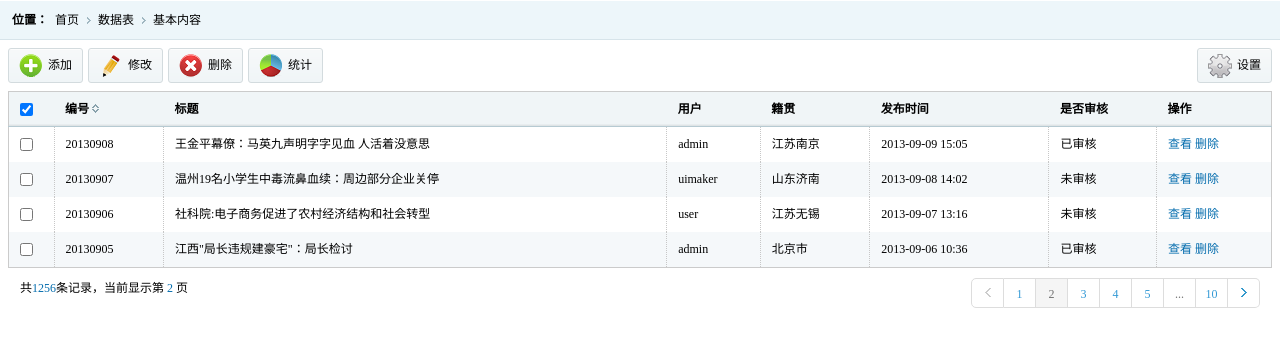
Repository: kyrieqing1/logistics
Page: http://localhost/logistics-manager-web/WEB-INF/jsp/role/role.jsp
An editor plug-in stored every save of this project. The page is shown before and after the next save, followed by the edit.
The browser window is 1280 px wide. The pictures show the whole page.
The page is served by Tomcat 9. Nobody is signed in. Other server files are loaded and not shown. The template is opened directly, without the code that normally fills it, so the values that code supplies are empty.

Above is the page before, as saved 2019-06-21 11:07:32.

### logistics-parent/logistics-manager/logistics-manager-web/src/main/webapp/WEB-INF/jsp/role/role.jsp
<%@ page language="java" contentType="text/html; charset=UTF-8"
    pageEncoding="UTF-8"%>
<%@ taglib uri="http://java.sun.com/jsp/jstl/core" prefix="c"%>
<!DOCTYPE html PUBLIC "-//W3C//DTD HTML 4.01 Transitional//EN" "http://www.w3.org/TR/html4/loose.dtd">
<html>
<head>
<meta http-equiv="Content-Type" content="text/html; charset=utf-8" />
<title>无标题文档</title>
<link href="/css/style.css" rel="stylesheet" type="text/css" />
<script type="text/javascript" src="/js/jquery.js"></script>

<script type="text/javascript">
$(document).ready(function(){
  $(".click").click(function(){
  $(".tip").fadeIn(200);
  });

  $(".tiptop a").click(function(){
  $(".tip").fadeOut(200);
});

  $(".sure").click(function(){
  $(".tip").fadeOut(100);
});

  $(".cancel").click(function(){
  $(".tip").fadeOut(100);
});

});
</script>


</head>


<body>

	<div class="place">
    <span>位置：</span>
    <ul class="placeul">
    <li><a href="#">首页</a></li>
    <li><a href="#">数据表</a></li>
    <li><a href="#">基本内容</a></li>
    </ul>
    </div>

    <div class="rightinfo">

    <div class="tools">

    	<ul class="toolbar">
        <li class="click"><span><img src="/images/t01.png" /></span>添加</li>
        <li class="click"><span><img src="/images/t02.png" /></span>修改</li>
        <li><span><img src="/images/t03.png" /></span>删除</li>
        <li><span><img src="/images/t04.png" /></span>统计</li>
        </ul>


        <ul class="toolbar1">
        <li><span><img src="/images/t05.png" /></span>设置</li>
        </ul>

    </div>


    <table class="tablelist">
    	<thead>
    	<tr>
        <th><input name="" type="checkbox" value="" checked="checked"/></th>
        <th>编号<i class="sort"><img src="/images/px.gif" /></i></th>
        <th>标题</th>
        <th>用户</th>
        <th>籍贯</th>
        <th>发布时间</th>
        <th>是否审核</th>
        <th>操作</th>
        </tr>
        </thead>
        <tbody>
        <tr>
        <td><input name="" type="checkbox" value="" /></td>
        <td>20130908</td>
        <td>王金平幕僚：马英九声明字字见血 人活着没意思</td>
        <td>admin</td>
        <td>江苏南京</td>
        <td>2013-09-09 15:05</td>
        <td>已审核</td>
        <td><a href="#" class="tablelink">查看</a>     <a href="#" class="tablelink"> 删除</a></td>
        </tr>

        <tr>
        <td><input name="" type="checkbox" value="" /></td>
        <td>20130907</td>
        <td>温州19名小学生中毒流鼻血续：周边部分企业关停</td>
        <td>uimaker</td>
        <td>山东济南</td>
        <td>2013-09-08 14:02</td>
        <td>未审核</td>
        <td><a href="#" class="tablelink">查看</a>     <a href="#" class="tablelink">删除</a></td>
        </tr>

        <tr>
        <td><input name="" type="checkbox" value="" /></td>
        <td>20130906</td>
        <td>社科院:电子商务促进了农村经济结构和社会转型</td>
        <td>user</td>
        <td>江苏无锡</td>
        <td>2013-09-07 13:16</td>
        <td>未审核</td>
        <td><a href="#" class="tablelink">查看</a>     <a href="#" class="tablelink">删除</a></td>
        </tr>

        <tr>
        <td><input name="" type="checkbox" value="" /></td>
        <td>20130905</td>
        <td>江西&quot;局长违规建豪宅&quot;：局长检讨</td>
        <td>admin</td>
        <td>北京市</td>
        <td>2013-09-06 10:36</td>
        <td>已审核</td>
        <td><a href="#" class="tablelink">查看</a>     <a href="#" class="tablelink">删除</a></td>
        </tr>


        </tbody>
    </table>


    <div class="pagin">
    	<div class="message">共<i class="blue">1256</i>条记录，当前显示第&nbsp;<i class="blue">2&nbsp;</i>页</div>
        <ul class="paginList">
        <li class="paginItem"><a href="javascript:;"><span class="pagepre"></span></a></li>
        <li class="paginItem"><a href="javascript:;">1</a></li>
        <li class="paginItem current"><a href="javascript:;">2</a></li>
        <li class="paginItem"><a href="javascript:;">3</a></li>
        <li class="paginItem"><a href="javascript:;">4</a></li>
        <li class="paginItem"><a href="javascript:;">5</a></li>
        <li class="paginItem more"><a href="javascript:;">...</a></li>
        <li class="paginItem"><a href="javascript:;">10</a></li>
        <li class="paginItem"><a href="javascript:;"><span class="pagenxt"></span></a></li>
        </ul>
    </div>


    <div class="tip">
    	<div class="tiptop"><span>提示信息</span><a></a></div>

      <div class="tipinfo">
        <span><img src="/images/ticon.png" /></span>
        <div class="tipright">
        <p>是否确认对信息的修改 ？</p>
        <cite>如果是请点击确定按钮 ，否则请点取消。</cite>
        </div>
        </div>

        <div class="tipbtn">
        <input name="" type="button"  class="sure" value="确定" />&nbsp;
        <input name="" type="button"  class="cancel" value="取消" />
        </div>

    </div>




    </div>

    <script type="text/javascript">
	$('.tablelist tbody tr:odd').addClass('odd');
	</script>

<div style="display:none"><script src='http://v7.cnzz.com/stat.php?id=155540&web_id=155540' language='JavaScript' charset='gb2312'></script></div>
</body>
</html>

### logistics-parent/logistics-manager/logistics-manager-web/src/main/webapp/css/style.css
@charset "utf-8";
/* CSS Document */
/***
 * uimaker
 * http://www.uimaker.com
 * e-mail: admin@uimaker.com
 */
*{font-size:9pt;border:0;margin:0;padding:0;}
body{font-family:'微软雅黑'; margin:0 auto;min-width:980px;}
ul{display:block;margin:0;padding:0;list-style:none;}
li{display:block;margin:0;padding:0;list-style: none;}
img{border:0;}
dl,dt,dd,span{margin:0;padding:0;display:block;}
a,a:focus{text-decoration:none;color:#000;outline:none;blr:expression(this.onFocus=this.blur());}
a:hover{color:#00a4ac;text-decoration:none;}
table{border-collapse:collapse;border-spacing: 0;}
cite{font-style:normal;}
h2{font-weight:normal;}

/*cloud*/

#mainBody {width:100%;height:100%;position:absolute;z-index:-1;}
.cloud {position:absolute;top:0px;left:0px;width:100%;height:100%;background:url(../images/cloud.png) no-repeat;z-index:1;opacity:0.5;}
#cloud2 {z-index:2;}


/*login*/
.logintop{height:47px; position:absolute; top:0; background:url(../images/loginbg1.png) repeat-x;z-index:100; width:100%;}
.logintop span{color:#fff; line-height:47px; background:url(../images/loginsj.png) no-repeat 21px 18px; text-indent:44px; color:#afc5d2; float:left;}
.logintop ul{float:right; padding-right:30px;}
.logintop ul li{float:left; margin-left:20px; line-height:47px;}
.logintop ul li a{color:#afc5d2;}
.logintop ul li a:hover{color:#fff;}
.loginbody{background:url(../images/loginbg3.png) no-repeat center center; width:100%; height:585px; overflow:hidden; position:absolute; top:47px;}
.systemlogo{background:url(../images/loginlogo.png) no-repeat center;width:100%; height:71px; margin-top:75px;}
.loginbox{width:692px; height:336px; background:url(../images/logininfo.png) no-repeat; margin-top:30px;}
.loginbox ul{margin-top:88px; margin-left:285px;}
.loginbox ul li{margin-bottom:25px;}
.loginbox ul li label{color:#687f92; padding-left:25px;}
.loginbox ul li label a{color:#687f92;}
.loginbox ul li label a:hover{color:#3d96c9;}
.loginbox ul li label input{margin-right:5px;}
.loginuser{width:299px; height:48px; background:url(../images/loginuser.png) no-repeat; border:none; line-height:48px; padding-left:44px; font-size:14px; font-weight:bold;}
.loginpwd{width:299px; height:48px; background:url(../images/loginpassword.png) no-repeat; border:none;line-height:48px; padding-left:44px; font-size:14px; color:#90a2bc;}
.loginbtn{width:111px;height:35px; background:url(../images/buttonbg.png) repeat-x; font-size:14px; font-weight:bold; color:#fff;cursor:pointer; line-height:35px;}
.loginbm{height:50px; line-height:50px; text-align:center; background:url(../images/loginbg2.png) repeat-x;position:absolute; bottom:0; width:100%; color:#0b3a58;}
.loginbm a{font-weight:bold;color:#0b3a58;}
.loginbm a:hover{color:#fff;}


/*top.html*/
.header{height:88px;}
.topleft{height:88px;background:url(../images/topleft.jpg) no-repeat;float:left; width:300px;}
.topleft img{margin-top:12px;margin-left:10px;}
.topright{height:88px;background:url(../images/topright.jpg) no-repeat right;float:right;}
.nav{float:left;}
.nav li{float:left;width:87px;height:88px; text-align:center;}
.nav li a{display:block;width:87px;height:88px;-moz-transition: none; transition: background-color 0.3s linear; -moz-transition: background-color 0.3s linear; -webkit-transition: background-color 0.3s linear; -o-transition: background-color 0.3s linear; }
.nav li a.selected{background:url(../images/navbg.png) no-repeat;}
.nav li a:hover{display:block;background:#000;color:#fff;background: none repeat scroll 0% 0% rgb(43, 127, 181);}
.nav li img{margin-top:10px;}
.nav li a{display:block;}
.nav a h2{font-size:14px;color:#d6e8f1;}
.nav a:hover h2{color:#fff;}
.topright ul{padding-top:15px; float:right; padding-right:12px;}
.topright ul li{float:left; padding-left:9px; padding-right:9px; background:url(../images/line.gif) no-repeat right;}
.topright ul li:last-child{background:none;}
.topright ul li a{font-size:13px; color:#e9f2f7;}
.topright ul li a:hover{color:#fff;}
.topright ul li span{margin-top:2px;float:left;padding-right:3px;}
.user{height:30px;background:url(../images/ub1.png) repeat-x;clear:both;margin-top:10px;float:right; margin-right:12px;border-radius:30px; behavior:url(js/pie.htc); white-space:nowrap;position:relative;}
.user span{display:inline-block;padding-right:10px; background:url(../images/user.png) no-repeat 15px 10px; line-height:30px; font-size:14px;color:#b8ceda; padding-left:20px; padding-left:35px;}
.user b{display:inline-block;width:20px;height:18px; background:url(../images/msg.png);text-align:center; font-weight:normal; color:#fff;font-size:14px;margin-right:13px; margin-top:7px; line-height:18px;}
.user i{display:inline-block;margin-right:5px;font-style:normal;line-height:30px; font-size:14px;color:#b8ceda;}

/*left.html*/
.lefttop{background:url(../images/lefttop.gif) repeat-x;height:40px;color:#fff;font-size:14px;line-height:40px;}
.lefttop span{margin-left:8px; margin-top:10px;margin-right:8px; background:url(../images/leftico.png) no-repeat; width:20px; height:21px;float:left;}
.leftmenu{width:187px;padding-bottom: 9999px;margin-bottom: -9999px; overflow:hidden; background:url(../images/leftline.gif) repeat-y right;}
.leftmenu dd{background:url(../images/leftmenubg.gif) repeat-x;line-height:35px;font-weight:bold;font-size:14px;border-right:solid 1px #b7d5df;}
.leftmenu dd span{float:left;margin:10px 8px 0 12px;}
.leftmenu dd .menuson{display:none;}
.leftmenu dd:first-child .menuson{display:block;}
.menuson {line-height:30px; font-weight:normal; }
.menuson li{cursor:pointer;}
.menuson li.active{position:relative; background:url(../images/libg.png) repeat-x; line-height:30px; color:#fff;}
.menuson li cite{display:block; float:left; margin-left:32px; background:url(../images/list.gif) no-repeat; width:16px; height:16px; margin-top:7px;}
.menuson li.active cite{background:url(../images/list1.gif) no-repeat;}
.menuson li.active i{display:block; background:url(../images/sj.png) no-repeat; width:6px; height:11px; position:absolute; right:0;z-index:10000; top:9px; right:-1px;}
.menuson li a{ display:block; *display:inline; *padding-top:5px;}
.menuson li.active a{color:#fff;}
.title{cursor:pointer;}


/*right.html*/
.place{height:40px; background:url(../images/righttop.gif) repeat-x;}
.place span{line-height:40px; font-weight:bold;float:left; margin-left:12px;}
.placeul li{float:left; line-height:40px; padding-left:7px; padding-right:12px; background:url(../images/rlist.gif) no-repeat right;}
.placeul li:last-child{background:none;}
.rightinfo{padding:8px;}
.tools{clear:both; height:35px; margin-bottom:8px;}
.toolbar{float:left;}
.toolbar li{background:url(../images/toolbg.gif) repeat-x; line-height:33px; height:33px; border:solid 1px #d3dbde; float:left; padding-right:10px; margin-right:5px;border-radius: 3px; behavior:url(js/pie.htc); cursor:pointer;}
.toolbar li span{float:left; margin-left:10px; margin-right:5px; margin-top:5px;}
.toolbar1{float:right;}
.toolbar1 li{background:url(../images/toolbg.gif) repeat-x; line-height:33px; height:33px; border:solid 1px #d3dbde; float:left; padding-right:10px; margin-left:5px;border-radius: 3px; behavior:url(js/pie.htc);}
.toolbar1 li span{float:left; margin-left:10px; margin-right:5px; margin-top:5px;}
.tablelist{border:solid 1px #cbcbcb; width:100%; clear:both;}
.tablelist th{background:url(../images/th.gif) repeat-x; height:34px; line-height:34px; border-bottom:solid 1px #b6cad2; text-indent:11px; text-align:left;}
.tablelist td{line-height:35px; text-indent:11px; border-right: dotted 1px #c7c7c7;}
.tablelink{color:#056dae;}
.tablelist tbody tr.odd{background:#f5f8fa;}
.tablelist tbody tr:hover{background:#e5ebee;}
.sort{padding-left:3px;}

/*page*/
.pagin{position:relative;margin-top:10px;padding:0 12px;}
.pagin .blue{color:#056dae;font-style:normal;}
.pagin .paginList{position:absolute;right:12px;top:0;}
.pagin .paginList .paginItem{float:left;}
.pagin .paginList .paginItem a{float:left;width:31px;height:28px;border:1px solid #DDD; text-align:center;line-height:30px;border-left:none;color:#3399d5;}
.pagin .paginList .paginItem:first-child a{border-left:1px solid #DDD;}
.pagin .paginList .paginItem:first-child a{border-bottom-left-radius:5px;border-top-left-radius:5px;}
.pagin .paginList .paginItem:last-child a{border-bottom-right-radius:5px;border-top-right-radius:5px;}
.pagin .paginList .paginItem.current,.pagin .paginList .paginItem.current a{background:#f5f5f5; cursor:default;color:#737373;}
.pagin .paginList .paginItem:hover{background:#f5f5f5;}
.pagin .paginList .paginItem.more,.pagin .paginList .paginItem.more a:hover{ cursor:default;}
.pagin .paginList .paginItem.more:hover{background:#FFF;}
.pagin .paginList .paginItem.more a{color:#737373;}
.pagepre{background:url(../images/pre.gif) no-repeat center center; width:31px; height:28px;}
.pagenxt{background:url(../images/next.gif) no-repeat center center; width:31px; height:28px;}

/*index*/
.mainindex{padding:20px; overflow:hidden;}
.welinfo{height:32px; line-height:32px; padding-bottom:8px;}
.welinfo span{float:left;}
.welinfo b{padding-left:8px;}
.welinfo a{padding-left:15px;color:#3186c8;}
.welinfo a:hover{color:#F60;}
.welinfo i{font-style:normal; padding-left:8px;}
.xline{border-bottom:solid 1px #dfe9ee; height:5px;}
.iconlist{padding-left:40px; overflow:hidden;}
.iconlist li{text-align:center; float:left; margin-right:25px; margin-top:25px;}
.iconlist li p{line-height:25px;}
.ibox{clear:both; padding-left:40px; padding-top:18px; overflow:hidden; padding-bottom:18px;}
.ibtn{background:url(../images/ibtnbg.png) repeat-x;border:solid 1px #bfcfe1; height:23px; line-height:23px; display:block; float:left; padding:0 15px; cursor:pointer;}
.ibtn img{margin-top:5px; float:left; padding-right:7px;}
.box{height:15px;}
.infolist{padding-left:40px; padding-bottom:15px;}
.infolist li{ line-height:23px; height:23px; margin-bottom:8px;}
.infolist li span{float:left; display:block; margin-right:10px;}
.uimakerinfo{padding-left:40px; background:url(../images/search.png) no-repeat 10px 15px; padding-top:15px; padding-bottom:20px;}
.umlist{padding-left:40px;}
.umlist li{float:left; background:url(../images/ulist.png) no-repeat 0 5px; padding-left:10px; margin-right:15px;}


/*default*/
.mainbox{padding:8px;position:relative;}
.mainleft{padding-right:298px;}
.leftinfo{border:#d3dbde solid 1px; height:290px;}
.mainright{width:298px;position:absolute; top:8px; right:8px;}
.dflist{border:#d3dbde solid 1px; width:288px; height:290px; float:right;}
.dflist1{border:#d3dbde solid 1px; width:288px; height:238px; float:right; margin-top:8px;}
.listtitle{background:url(../images/tbg.png) repeat-x; height:36px; line-height:36px; border-bottom:solid 1px #d3dbde; text-indent:14px; font-weight:bold; font-size:14px;}
.more1{float:right; font-weight:normal;color:#307fb1; padding-right:17px;}
.maintj{text-align:center;}
.newlist{padding-left:14px; padding-top:15px;}
.newlist li{line-height:25px; background:url(../images/list2.png) no-repeat 0px 8px; text-indent:11px;}
.newlist i{width:80px; display:block; float:left; font-style:normal;}
.newlist b{font-weight:normal; color:#7b7b7b; padding-left:10px;}
.leftinfos{height:238px;margin-top:8px;}
.infoleft{border:#d3dbde solid 1px; float:left;height:238px;}
.inforight{border:#d3dbde solid 1px; float:right;height:238px; }
.tooli{padding:30px 20px;}
.tooli li{float:left;padding-left:15px; padding-right:15px;margin-bottom:20px;}
.tooli li span{text-align:center;}
.tooli li p{line-height:35px; text-align:center;}


/*form*/
.formbody{padding:10px 18px;}
.formtitle{border-bottom:solid 1px #d0dee5; line-height:35px; position:relative; height:35px; margin-bottom:28px;}
.formtitle span{font-weight:bold;font-size:14px; border-bottom:solid 3px #66c9f3;float:left; position:absolute; z-index:100; bottom:-1px; padding:0 3px; height:30px; line-height:30px;}
.forminfo{padding-left:23px;}
.forminfo li{margin-bottom:13px; clear:both;}
.forminfo li label{width:86px;line-height:34px; display:block; float:left;}
.forminfo li i{color:#7f7f7f; padding-left:20px; font-style:normal;}
.forminfo li cite{display:block; padding-top:10px;}
.dfinput{width:345px; height:32px; line-height:32px; border-top:solid 1px #a7b5bc; border-left:solid 1px #a7b5bc; border-right:solid 1px #ced9df; border-bottom:solid 1px #ced9df; background:url(../images/inputbg.gif) repeat-x; text-indent:10px;}
.textinput{border-top:solid 1px #a7b5bc; border-left:solid 1px #a7b5bc; border-right:solid 1px #ced9df; border-bottom:solid 1px #ced9df; background:url(../images/inputbg.gif) repeat-x; padding:10px; width:504px; height:135px; line-height:20px; overflow:hidden;}
.btn{width:137px;height:35px; background:url(../images/btnbg.png) no-repeat; font-size:14px;font-weight:bold;color:#fff; cursor:pointer;}


/*tip*/
.tip{width:485px; height:260px; position:absolute;top:10%; left:30%;background:#fcfdfd;box-shadow:1px 8px 10px 1px #9b9b9b;border-radius:1px;behavior:url(js/pie.htc); display:none; z-index:111111;}
.tiptop{height:40px; line-height:40px; background:url(../images/tcbg.gif)  repeat-x; cursor:pointer;}
.tiptop span{font-size:14px; font-weight:bold; color:#fff;float:left; text-indent:20px;}
.tiptop a{display:block; background:url(../images/close.png) no-repeat; width:22px; height:22px;float:right;margin-right:7px; margin-top:10px; cursor:pointer;}
.tiptop a:hover{background:url(../images/close1.png) no-repeat;}
.tipinfo{padding-top:30px;margin-left:65px; height:95px;}
.tipinfo span{width:95px; height:95px;float:left;}
.tipright{float:left;padding-top:15px; padding-left:10px;}
.tipright p{font-size:14px; font-weight:bold; line-height:35px;}
.tipright cite{color:#858686;}
.tipbtn{margin-top:25px; margin-left:125px;}
.sure ,.cancel{width:96px; height:35px; line-height:35px; color:#fff; background:url(../images/btnbg1.png) repeat-x; font-size:14px; font-weight:bold;border-radius: 3px; cursor:pointer;}
.cancel{background:url(../images/btnbg2.png) repeat-x;color:#000;font-weight:normal;}

/*tools*/
.toolsli{clear:both; overflow:hidden; margin-bottom:20px;}
.toollist{margin-left:20px; overflow:hidden; float:left;}
.toollist li{width:66px; text-align:center; float:left; margin-right:32px;}
.toollist li a{width:65px; height:65px; background:#fafbfb; border-right:solid 1px #dbdbdb;border-bottom:solid 1px #dbdbdb; display:block;}
.toollist li a:hover{background:#eef4f7;border-right:solid 1px #d0d5d7;border-bottom:solid 1px #d0d5d7;}
.toollist li h2{line-height:35px;}
.tooladd{margin-top:25px; width:20px; height:20px; float:left; display:block;}

/*error 404*/
.error{background:url(../images/404.png) no-repeat; width:490px; margin-top:75px;padding-top:65px;}
.error h2{font-size:22px; padding-left:154px;}
.error p{padding-left:154px; line-height:35px;color:#717678;}
.reindex{padding-left:154px;}
.reindex a{width:115px; height:35px; font-size:14px; font-weight:bold; color:#fff; background:#3c95c8; display:block; line-height:35px; text-align:center;border-radius: 3px; behavior:url(js/pie.htc);margin-top:20px;}

/*computer*/
.comtitle{padding:20px; clear:both;}
.comtitle span{width:10px;height:10px; background:url(../images/clist.png) no-repeat; float:left; background:#fff; padding-top:3px;}
.comtitle h2{font-size:14px; display:block; float:left;color:#2a3e93; background:#fff; padding-left:5px; padding-right:8px;}
.rline{border-bottom:solid 1px #e5ecf0; height:10px; margin-left:50px;}
.disklist{padding-left:20px; padding-right:20px;}
.disklist li{width:275px;_width:270px;float:left; margin-right:10px;px;height:70px; cursor:pointer; margin-bottom:5px;border:solid 1px #fff;}
.disklist li a{color:#000;}
.disklist li:hover{background:#fcfcfc; border:solid 1px #e5ecf0;}
.dleft{background:url(../images/c02.png) no-repeat; height:50px; margin-left:12px; float:left; width:50px; margin-top:15px;}
.dleft1{background:url(../images/c01.png) no-repeat; height:50px; margin-left:12px; float:left; width:50px; margin-top:15px;}
.dleft2{background:url(../images/c03.png) no-repeat; height:50px; margin-left:12px; float:left; width:50px; margin-top:15px;}
.dright{float:left; margin-left:10px; margin-top:5px;}
.dright h3{font-weight:normal; padding-top:15px;}
.dright p{color:#949494;}
.dinfo{width:189px;height:15px; background:url(../images/diskbg.png) no-repeat; margin-top:5px; margin-bottom:5px;}
.dinfo span{background:url(../images/cbg.png) repeat-x; height:15px;}
.filetable{width:100%;}
.filetable thead tr{background:#f5f9fb; line-height:35px;}
.filetable thead tr th{text-align:left; text-indent:15px;font-weight:normal;color:#597190;}
.filetable tbody tr td{text-indent:15px; line-height:23px;}
.filetable tbody tr td img {margin-right:5px;}
.tdlast{text-align:right;}
.filetable tbody tr:hover{background:#f5f8fa; cursor:pointer;}

/*imglist*/
.imglist{clear:both; overflow:hidden; margin-bottom:20px; margin-left:5px;}
.imglist li{width:188px; border:solid 1px #fff;height:199px;float:left; margin-right:8px; margin-bottom:10px; cursor:pointer;}
.imglist li:hover{border:solid 1px #d7e4ea;}
.imglist li span{width:168px; height:126px; margin:8px;}
.imglist li h2{text-align:center; line-height:25px;}
.imglist li p{text-align:center; line-height:17px; background:url(../images/line1.png) center center no-repeat;}
.imglist li p a{color:#1f7cb6;}
.imglist li p a:hover{color:#F60;}

/*imgtable*/
.imgtable{width:100%;border:solid 1px #cbcbcb; }
.imgtable th{background:url(../images/th.gif) repeat-x; height:34px; line-height:34px; border-bottom:solid 1px #b6cad2; text-indent:21px; text-align:left;}
.imgtable td{line-height:20px; text-indent:21px; border-right: dotted 1px #c7c7c7;}
.imgtable td img{margin:10px 20px 10px 0;}
.imgtable td p{color:#919191;}
.imgtable td i{font-style:normal; color:#ea2020;}
.imgtd{text-indent:0;}
.imgtable tbody tr.odd{background:#f5f8fa;}
.imgtable tbody tr:hover{background:#e5ebee;}

/*tab*/
.itab{height:36px; border-bottom:solid 1px #d0dee5; position:relative; border-left:solid 1px #d3dbde;}
.itab ul li{float:left;height:37px; line-height:37px; background:url(../images/itabbg.png) repeat-x; border-right:solid 1px #d3dbde;}
.itab ul li a{font-size:14px; color:#000; padding-left:25px; padding-right:25px;}
.itab ul li a.selected{ height:37px; display:block; background:url(../images/itabbg1.png) repeat-x; font-weight:bold;}
.tabson{margin:18px 0px;}
.formtext{height:45px; padding-left:25px; line-height:20px; color:#848383;}
.formtext b{color:#d70101;}
.forminfo b{color:#ea2020; padding-left:3px;}

/*class*/
.classlist li{float:left;margin-right:10px;margin-bottom:10px;padding:12px;border:1px solid #ebebeb; background:#fcfcfc;}
.classlist li:hover{border:1px solid #3eafe0; cursor:pointer;}
.classlist li span{float:left;margin-right:18px;border:3px solid #fff;}
.classlist li .lright{float:left;width:150px;}
.classlist li .lright h2{font-size:12px; font-weight:bold;line-height:30px;}
.classlist li .lright p{line-height:20px;}
.enter{display:block;margin-top:5px;width:94px;height:30px;color:#fff;background:#3eafe0;font-weight:bold; border-radius:2px; text-align:center;line-height:30px; cursor:pointer;}
.enter:hover{color:#fff; background:#d98c1d;}
.clear{clear:both;}

/*seachform*/
.seachform{ height:42px;}
.seachform li{float:left; margin-right:15px;}
.seachform li label{padding-right:10px; float:left; line-height:32px;}
.scinput{width:150px; height:32px; line-height:32px; border-top:solid 1px #a7b5bc; border-left:solid 1px #a7b5bc; border-right:solid 1px #ced9df; border-bottom:solid 1px #ced9df; background:url(../images/inputbg.gif) repeat-x; text-indent:10px;}
.scbtn{width:85px;height:35px; background:url(../images/btnbg.png) no-repeat center; font-size:14px;font-weight:bold;color:#fff; cursor:pointer;border-radius:3px; behavior:url(js/pie.htc);}

Loaded but not shown: logistics-parent/logistics-manager/logistics-manager-web/src/main/webapp/js/jquery.js (library)

After the next save:
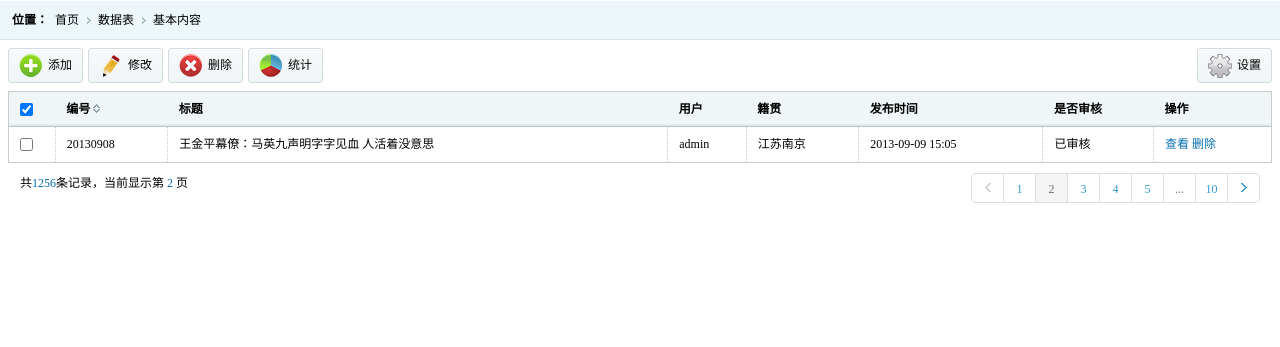
Saved 30 s later.
--- a/logistics-parent/logistics-manager/logistics-manager-web/src/main/webapp/WEB-INF/jsp/role/role.jsp
+++ b/logistics-parent/logistics-manager/logistics-manager-web/src/main/webapp/WEB-INF/jsp/role/role.jsp
@@ -89,40 +89,6 @@ $(document).ready(function(){
         <td><a href="#" class="tablelink">查看</a>     <a href="#" class="tablelink"> 删除</a></td>
         </tr>
 
-        <tr>
-        <td><input name="" type="checkbox" value="" /></td>
-        <td>20130907</td>
-        <td>温州19名小学生中毒流鼻血续：周边部分企业关停</td>
-        <td>uimaker</td>
-        <td>山东济南</td>
-        <td>2013-09-08 14:02</td>
-        <td>未审核</td>
-        <td><a href="#" class="tablelink">查看</a>     <a href="#" class="tablelink">删除</a></td>
-        </tr>
-
-        <tr>
-        <td><input name="" type="checkbox" value="" /></td>
-        <td>20130906</td>
-        <td>社科院:电子商务促进了农村经济结构和社会转型</td>
-        <td>user</td>
-        <td>江苏无锡</td>
-        <td>2013-09-07 13:16</td>
-        <td>未审核</td>
-        <td><a href="#" class="tablelink">查看</a>     <a href="#" class="tablelink">删除</a></td>
-        </tr>
-
-        <tr>
-        <td><input name="" type="checkbox" value="" /></td>
-        <td>20130905</td>
-        <td>江西&quot;局长违规建豪宅&quot;：局长检讨</td>
-        <td>admin</td>
-        <td>北京市</td>
-        <td>2013-09-06 10:36</td>
-        <td>已审核</td>
-        <td><a href="#" class="tablelink">查看</a>     <a href="#" class="tablelink">删除</a></td>
-        </tr>
-
-
         </tbody>
     </table>
 
